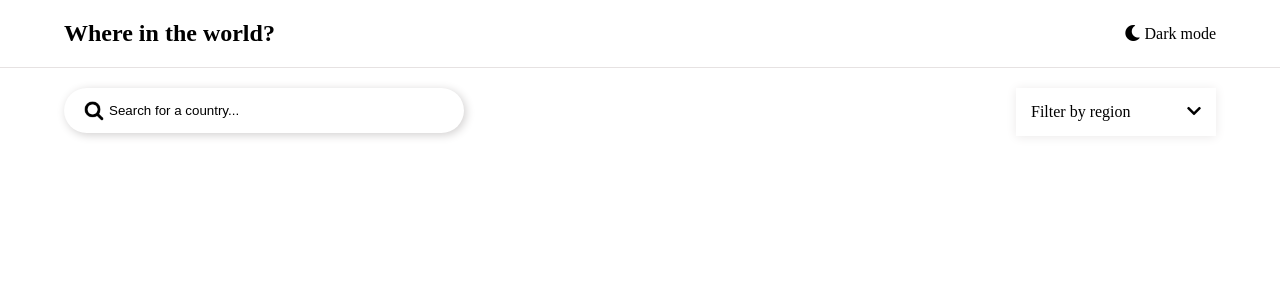
Repository: Eugene44-hub/countryProj
Page: index.html
These files come from the project's save history. The page is drawn as it stood at one moment and after the next save; the edit follows.
The browser window is 1280 px wide. The pictures show the whole page.
The page's requests for data from a server got no answer.

Above is the page before, as saved 2021-10-10 20:54:17.

After the next save:
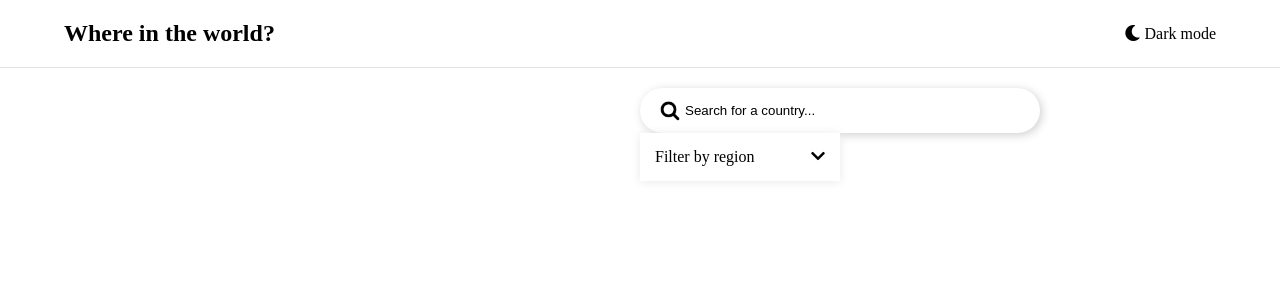
Saved 11 s later.
--- a/style.css
+++ b/style.css
@@ -5,14 +5,14 @@
 }
 
 .container {
-    width: 90%;
+    width: 0%;
     margin: auto;
 }
 
 .countries {
     display: flex;
     flex-wrap: wrap;
-    justify-content: space-around;
+    justify-content: space-between;
     margin: auto;
 }
 

After the save that followed:
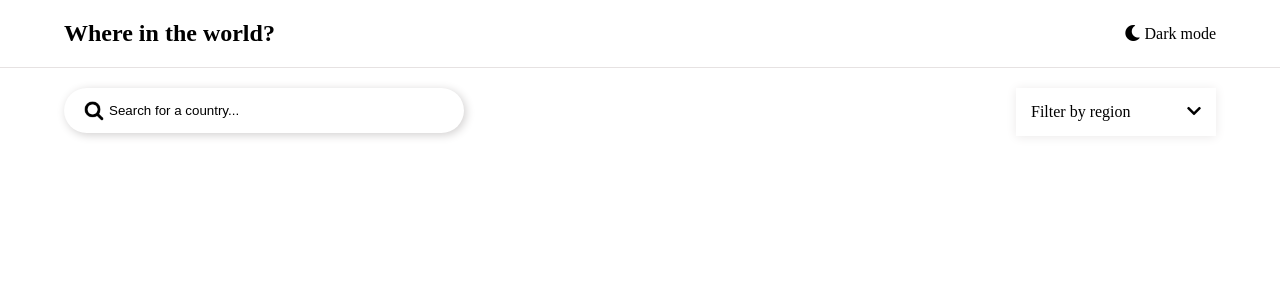
Saved 6 s later.
--- a/style.css
+++ b/style.css
@@ -5,7 +5,7 @@
 }
 
 .container {
-    width: 0%;
+    width: 90%;
     margin: auto;
 }
 
